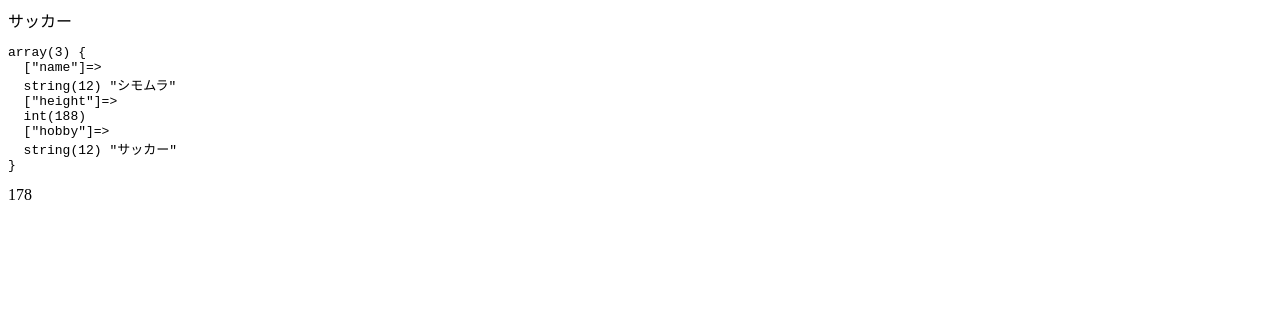
Repository: shimomura2020goout/phptest-240302
Page: http://localhost/12-index.php
These files come from the project's save history. The page is drawn as it stood at one moment and after the next save; the edit follows.
The browser window is 1280 px wide. The pictures show the whole page.
The page is run by PHP 8.4 with error messages shown; the project is at /var/www/html/.

Above is the page before, as saved 2024-03-03 17:52:14.

After the next save:
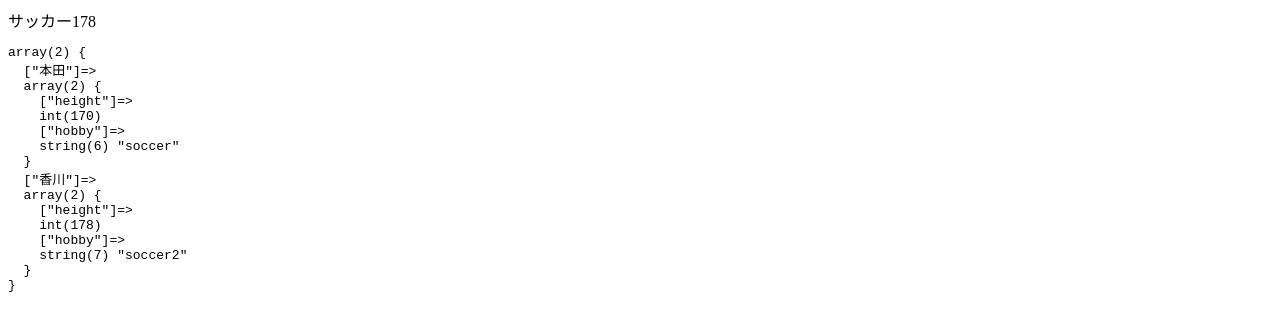
Saved 18 s later.
--- a/12-index.php
+++ b/12-index.php
@@ -8,9 +8,7 @@ $array_member = [
 
 echo $array_member['hobby'];
 
-echo '<pre>';
-var_dump($array_member);
-echo '</pre>';
+
 
 $array_member_2 = [
   '本田'=> [
@@ -24,4 +22,8 @@ $array_member_2 = [
 
 echo $array_member_2['香川']['height'];
 
+echo '<pre>';
+var_dump($array_member_2);
+echo '</pre>';
+
 ?>
